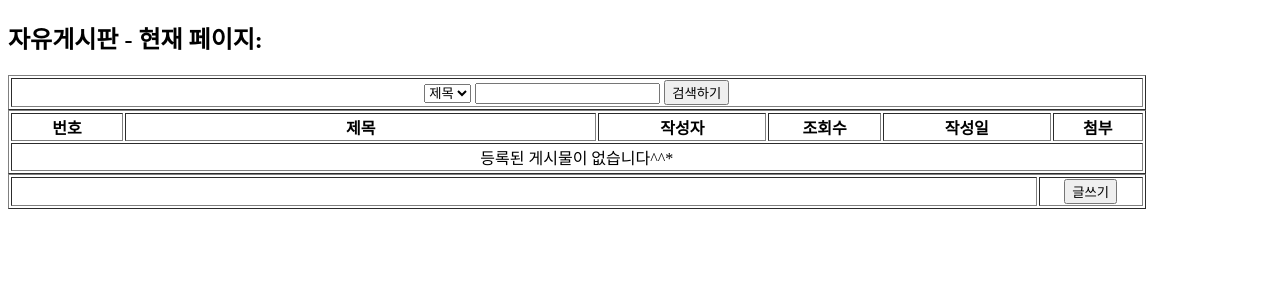
Repository: bhj305/JSP_Bulletin_Board
Page: http://localhost/BulletinBoard/14MVCBoard/List.jsp
These files come from the project's save history. The page is drawn as it stood at one moment and after a run of saves; the edit follows.
The browser window is 1280 px wide. The pictures show the whole page.
The page is served by Tomcat 10. Other server files are loaded and not shown. The template is opened directly, without the code that normally fills it, so the values that code supplies are empty.

Above is the page before, as saved 2025-05-17 08:05:47.

### BulletinBoard/src/main/webapp/14MVCBoard/List.jsp
<%@ page language="java" contentType="text/html; charset=UTF-8"
    pageEncoding="UTF-8"%>
<%@ taglib prefix="c" uri="jakarta.tags.core" %>

<!DOCTYPE html>
<html>
	<head>
		<meta charset="UTF-8">
		<title>자유게시판</title>
		<style> a{text-decoration: none;}</style>
	</head>
	<body>

		<%-- <jsp:include page="../Common/Link.jsp"></jsp:include> --%>

		<div class="container">
		<h2>자유게시판 - 현재 페이지: ${ map.pageNum }</h2>
		<form method="get">  <!-- 액션 값을 정하지 않았으므로 현재페이지로 전송됨. -->
	    <table border="1" width="90%">
	    <tr>
	        <td align="center">
	            <select name="searchField">
	                <option value="title">제목</option>
	                <option value="content">내용</option>
	            </select>
	            <input type="text" name="searchWord" />
	            <input type="submit" value="검색하기" />
	        </td>
	    </tr>
	    </table>
	    </form>

	    <table border="1" width="90%">
	        <tr>
	            <th width="10%">번호</th>
	            <th width="*">제목</th>
	            <th width="15%">작성자</th>
	            <th width="10%">조회수</th>
	            <th width="15%">작성일</th>
	            <th width="8%">첨부</th>
	        </tr>

       <c:choose>
	       	<c:when test="${ empty boardLists }">
	       		<tr>
		            <td colspan="6" align="center">
		                등록된 게시물이 없습니다^^*
		            </td>
		        </tr>
	       	</c:when>
	       	<c:otherwise>
	       		<c:forEach items = "${ boardLists }" var="row" varStatus="loop">
	       		<tr align="center">
		            <td>
		            <!-- 전체 게시물갯수 - (((페이지번호-1) * 페이지당 게시물수) + 해당루프의 index) -->
		            	${ map.totalCount - (( (map.pageNum - 1) * map.pageSize) + loop.index)}
		            </td>
		            <td align="left">
		             <!-- 제목을 누르면  View.jsp로 넘어가는데 이때, num을 url로 보낸다-->
		                <a href="../mvcboard/view.do?idx=${ row.idx }"> ${ row.title }</a>
		            </td>
		            <td> ${ row.name }</td>
		            <td> ${ row.visitcount }</td>
		            <td> ${ row.postdate }</td>
		            <td>
		            <c:if test="${ not empty row.ofile }">
		            	<a href="../mvcboard/download.do?ofile=${ row.ofile }&sfile=${ row.sfile}&idx=${row.idx}">
		            	[Down]</a>
		            </c:if>
		            </td>
		        </tr>
	       		</c:forEach>
	       	</c:otherwise>
       </c:choose>
	    </table>
	    <!-- 하단 메뉴(바로가기, 글쓰기) -->
	    <table border="1" width="90%">
	        <tr align="center">
	        	<td>
	        		${ map.pagingImg }
	        	</td>
	            <td width="100"><button type="button" onclick="location.href='../mvcboard/write.do';">글쓰기</button></td>
	        </tr>
	    </table>
	    </div>
	</body>
</html>

### BulletinBoard/src/main/webapp/Common/Link.jsp
<%@ page language="java" contentType="text/html; charset=UTF-8"
    pageEncoding="UTF-8"%>
<!DOCTYPE html>
<html>
	<head>
		<meta charset="UTF-8">
		<title>메인페이지</title>
		<!-- bootstrap  -->
		<link rel="stylesheet" href="https://maxcdn.bootstrapcdn.com/bootstrap/3.4.1/css/bootstrap.min.css">
	    <script src="https://ajax.googleapis.com/ajax/libs/jquery/3.7.1/jquery.min.js"></script>
	    <script src="https://maxcdn.bootstrapcdn.com/bootstrap/3.4.1/js/bootstrap.min.js"></script>
	     <link rel="stylesheet" href="https://cdnjs.cloudflare.com/ajax/libs/font-awesome/4.7.0/css/font-awesome.min.css">
	</head>
	<body>
		<nav class="navbar navbar-inverse">
            <div class="navbar-header">
                <a class="navbar-brand" href="#">
                  <img src="../images/logo.png" alt="" style="height: 30px;">
                </a>
            </div>
            <div class="container">
                <div class="btn-group">
                    <ul class="nav navbar-nav">
                        <li><a href="../14MVCBoard/Default.jsp">메인화면</a></li>
                        <li><a href="../mvcboard/list.do">자유게시판</a></li>
                    </ul>
                </div>
            </div>
        </nav>
	</body>
</html>

After the next 2 saves:
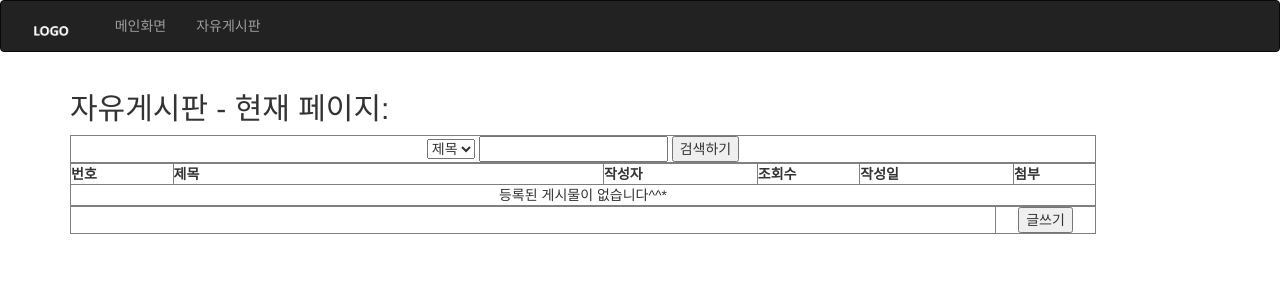
The 2 saves are shown as one change because they came seconds apart.
The last was saved 89 s later.
--- a/BulletinBoard/src/main/webapp/14MVCBoard/List.jsp
+++ b/BulletinBoard/src/main/webapp/14MVCBoard/List.jsp
@@ -11,7 +11,7 @@
 	</head>
 	<body>
 
-		<%-- <jsp:include page="../Common/Link.jsp"></jsp:include> --%>
+		<jsp:include page="../Common/Link.jsp"></jsp:include>
 
 		<div class="container">
 		<h2>자유게시판 - 현재 페이지: ${ map.pageNum }</h2>
